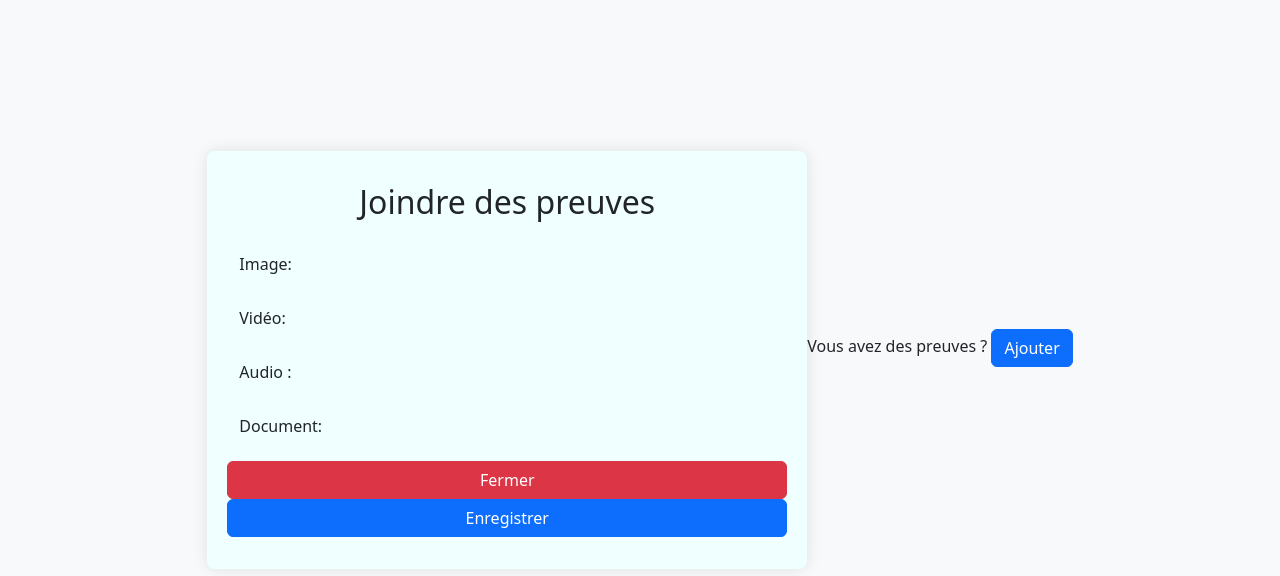
Repository: Senare1/PlaintEasy
Page: complaints/templates/complaints/preuves.html
The author's editor kept a copy of each file at every save. The page is drawn from the files as they stood at one save, then again after the next save.
The browser window is 1280 px wide. The pictures show the whole page.
Some web libraries are served in a nearby version. The page is served by the project's application, run on Django 4.2 (manage.py). The template is opened directly, without the code that normally fills it, so the values that code supplies are empty.

Above is the page before, as saved 2024-08-04 12:16:49.

After the next save:
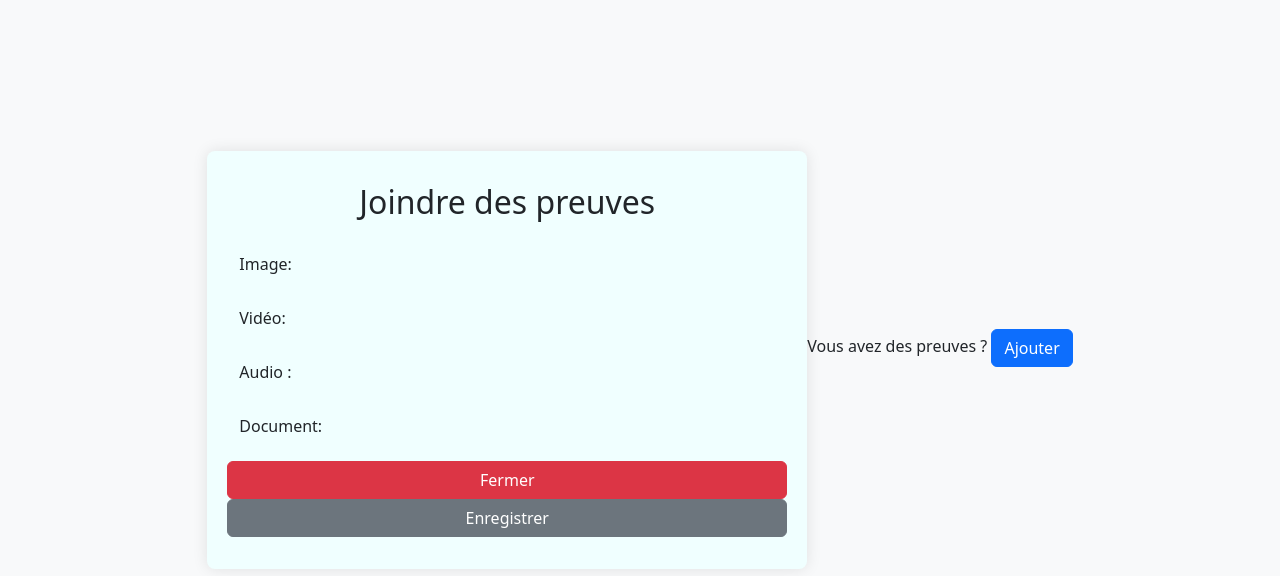
Saved 16 s later.
--- a/complaints/templates/complaints/preuves.html
+++ b/complaints/templates/complaints/preuves.html
@@ -51,7 +51,7 @@
             </div>
             <div class="row text-center">
                 <button type="button" class="btn btn-danger" type="reset">Fermer</button>
-                <button type="submit" class="btn btn-primary">Enregistrer</button>
+                <button type="submit" class="btn btn-secondary">Enregistrer</button>
             </div>
         </form>
     </div>
